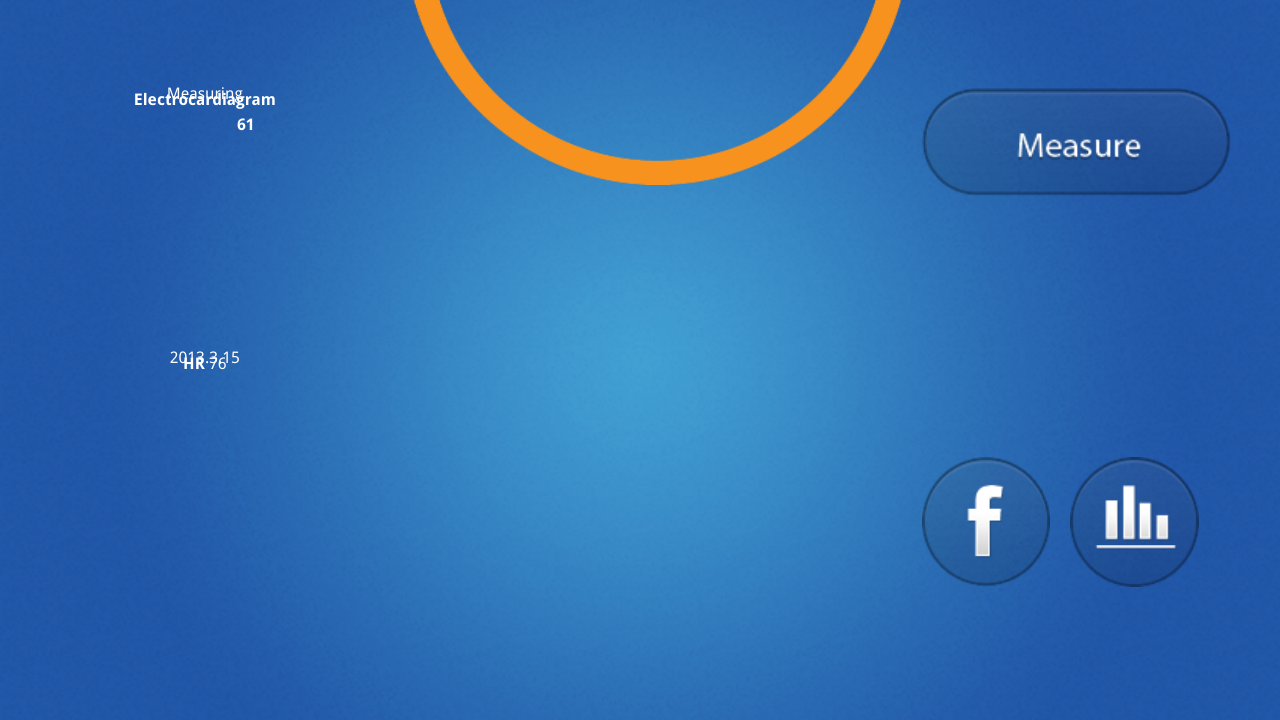
Repository: chouwill79131/IEcontest
Page: BluetoothChat/assets/complete.html
The author's editor kept a copy of each file at every save. The page is drawn from the files as they stood at one save, then again after the next save.
The browser window is 1280 px wide. The pictures show the whole page.

Above is the page before, as saved 2013-03-08 18:02:16.
Console error: TypeError: Cannot set properties of null (setting 'innerHTML')

### BluetoothChat/assets/complete.html
<html>
  <head>
    <meta http-equiv="Content-Type" content="text/html; charset=utf-8"/>
    <link href="complete.css" rel="stylesheet"/>
    <script src="jquery.js"></script>
    <script src="highcharts.js"></script>
    <script src="delay.js"></script>
    <script src="main.js"></script>
  </head>
  <body>
    <div id="main" >
    	<div class="left">
			<div class="text">
				<div class="word">Electrocardiagram</div><br />
				<div class="subword">Measuring</div><br />

				<div class="hr">HR <span id="hr">76</span></div><br />
				<div class="date">2013.3.15</div>
			</div>

		</div>

		<div class="mid">
			<div class="score">61</div>
			<img class="circle" src="button/circle.png" />
		</div>

		<div class="right">
			<button class="measure"><img src="button/Measure.png" /></button><br />
			<button class="share" ><img src="button/Share.png" /></button>
			<button class="record"><img src="button/Record.png" /></button>
		</div>




	</div>
  </body>
</html>

### BluetoothChat/assets/complete.css
@font-face {
    font-family: droidsans;
    src: url(fonts/droidsans.ttf);
}

@font-face {
    font-family: DroidSans-Bold;
    src: url(fonts/DroidSans-Bold.ttf);
}

body { margin:0; padding:0;}
#main { width: auto; height: 100%; background-image: url(button/background.png); background-size: 100% 100%; }
.left, .mid, .right {float: left; height: 100%; }


.left {  width: 28%; padding-left:2%;}
.text, .hr , .date{ text-align: center; color:white;}
.word { margin-top: 25%;  font-family: DroidSans-Bold ; }
.subword, .date { margin-top:-12%; font-family: droidsans ;}
.hr {  margin-top: 65%;  font-family: DroidSans-Bold ;}
.date { font-family: droidsans ;}
#hr { font-family: droidsans ;}

.mid { width: 41%; }
.circle { width: auto; height:70%; margin-left: 4%; }
.circle { margin-top: -86.5%; z-index: 2; }
.score { color:white ; margin-top: 22%; z-index: 1;  margin-left:-28% ; font-family: DroidSans-Bold ;}


.right { width: 29%; }
.right button { float: left; border: none; background: transparent; }
.measure img {margin-top: 10%; width: auto;  height:15%; }
.share img, .record img { width: auto;  height:18%; }
.measure { margin-left: 2%; margin-top: 15%; }
.share, .record { background: red;margin-top: 70%; margin-left: 2%; }


<!--
border? font? .record_top
-->

### BluetoothChat/assets/delay.js

$(function(){
setTimeout(function(){
$.getScript("dy_chart.js");
},200)
})

### BluetoothChat/assets/main.js
var chart;
var step = 0.01;	//step0.008每秒125點	//0.005極限
var xstart = step;
var hr = "--";
var score = "--";
var index;
$(document).ready(function ready() {

    var s = "";
    var theDate = new Date();
    s += theDate.getYear()+1900 + ".";                //  年
    s += (theDate.getMonth() + 1) + ".";				// 月
    s += theDate.getDate(); 							// 日
    document.getElementById("date").innerHTML = s;
    index = document.getElementById("main").innerHTML; //保留首頁

    $(".measure").live("click", function() {
      measure();
    }); //click .measure


}); //(document).ready

function shared(){
	view1 = document.getElementById("rhythm").innerHTML;
	document.getElementById("rhythm").innerHTML = view1+'<img class="stop" src="button/complete.png" style="width:100%; margin-top: -50% ;z-index:5;position: relative;" />';
	$("#main").live("click", function() {
      document.getElementById("rhythm").innerHTML = view1;
    });
}

function complete(hr1,score1){
  hr = hr1;
  score = score1;
  view = document.getElementById("dy_chart").innerHTML;
  document.getElementById("dy_chart").innerHTML = view+'<img class="stop" src="button/Completed.png" style="width:50%; margin: -20% 0% 0% 25%; z-index:2;position: relative;" />';
  $(".stop").html('<img src="button/Continue.png" />');
}

function addSomething(a) {
  for (var i in a){
    chart.series[0].addPoint([xstart,a[i]],false,true);
    xstart += step;
  }
  chart.redraw();
}

function history(history){
	view2 = document.getElementById("main").innerHTML;
    $("#main").html(
    '<div class="main1">'+
	'<div class="contain">'+
	'<div id="dy_chart" style="z-index:1;position: relative;"></div>'+
	'</div>'+
	'<div id="foot">'+
	'<button class="stop">'+
	'<img src="button/Back.png" />'+
	'</button>'+
	'</div>'+
    '</div>'
    );

    Highcharts.setOptions({
      global: {
	useUTC: true
      }
    });

    hischart = new Highcharts.Chart({
      chart: {
		renderTo: 'dy_chart',
		backgroundColor: 'transparent',
		type: 'line',
      },
      title: {
		style:{ color: '#FFFFFF'},
		text: 'Measure history',
      },
      credits: {			// highchart.com
		enabled:false
      },
      legend: {  			// 線的標示
        enabled: false
      },
      xAxis: {
      	type: 'datetime',
		dateTimeLabelFormats: { // don't display the dummy year
	  		month: '%e. %b',
	  		year: '%b'
		},
		lineColor: '#FFFFFF',
		labels: {
	  		style: {
				color: '#FFFFFF',
			}
		}
	  },
	  yAxis: {
	    title: {text: 'Feeling',
	    			style: {
						color: '#FFFFFF',
					}
				},
	  	gridLineColor: '#FFFFFF',
	  	labels: {
	  		style: {
				color: '#FFFFFF',
			}
		}
	  },
	  plotOptions: {
                line: {
                    dataLabels: {
                        enabled: true,
                        color: '#FFFFFF',
                    },
                    enableMouseTracking: true,
                }
      },
	series: [{
	  name: 'measure history',
	  color: '#FFFFFF',
	  data: history
	}],
    });

    $(".stop").live("click", function(){
 //     hr = "--";
      $(".main1").html(view2);
 //     document.getElementById("hr").innerHTML = hr;
    });
};// .record click

function measure(){
	xstart = 0.01;
	$("#main").html('<div class="main1">'+
		'<div class="contain">'+
		'<div id="dy_chart" style="z-index:1;position: relative;"></div>'+
		'</div>'+
		'<div id="foot">'+
		'<button class="stop" onclick="window.MyHandler.disconnect()">'+
		'<img src="button/Stop.png" />'+
		'</button>'+
		'</div>'+
      	'</div>');
    Highcharts.setOptions({
      global: {useUTC: true }
    });
    chart = new Highcharts.Chart({
      chart: {
		renderTo: 'dy_chart',
		backgroundColor: 'transparent',
		type: 'spline',
		marginRight: 10,
      },
      credits: {enabled:false},
      title: {
		style:{ color: '#FFFFFF'},
		text: 'Electrondiagram',
      },
      xAxis: {
		type: 'x Axis',
		style:{ color: '#FFFFFF'},
		tickPixelInterval: 100,
		lineColor: '#FFFFFF',
		labels: {style: {color: '#FFFFFF'}},
      },
      yAxis: {
      	title: {
      		text: 'Score',
      		style: {color: '#FFFFFF'}},
	  		gridLineColor: '#FFFFFF',
	  		labels: {style: {color: '#FFFFFF'}},
			//max:1500,
			//min:0,
			title: {
	  			style:{ color: '#FFFFFF'},
	  			text: 'PPG'
	  		},
			plotLines: [{value: 0,width: 1}]
      	},
      	legend: {enabled: false},
      	exporting: {enabled: false},
      	plotOptions: {
			spline: {
	  			lineWidth: 1,
	  			states: {
	    			hover: {
	      				enabled: false,
	      				lineWidth: 2
	    			}
	  			},
	  		marker: {
	    		enabled: false,
	    		states: {
	      			hover: {
						enabled: false,
	      			}
	    		}
	  		},
		}
      }, // yAxis
      series: [{
		name: 'Data',
		color: '#FFFFFF',
		data: (function() {
	  		var data = [];
	  		var step = 0.01;	//step0.008每秒125點	//0.005極限
			var xstart = step;
	  		for (var i = -4; i <= xstart; i+=step){data.push({x: i,y: 0 });}
	  		return data;
		})()
		}]
    }); //Highcharts

    hr = '--';
    score = '--';
    $(".stop").live("click",function() {
      $(".main1").html(index);
      document.getElementById("hr").innerHTML = hr;
      document.getElementById("rhythm").innerHTML = '<div id="score">'+score+'</div><img class="circle" src="button/circle.png" />';
    }); //click .stop
}

### BluetoothChat/assets/dy_chart.js
var chart;
var step = 0.01;	//step0.008每秒125點	//0.005極限
var xstart = step;
//a = Math.random();
var hr = 15;
var score = 80;
function complete(hr1,score1){
	hr = hr1;
	score = score1;
	view = document.getElementById("dy_chart").innerHTML;
	document.getElementById("dy_chart").innerHTML = view+'<img class="stop" src="button/60.png" style="width:50%; margin: -20% 0% 0% 25%; z-index:2;position: relative;" /><br />'+hr+',<br />'+score;
}

function addSomething(a) {
//	setInterval(function() {        			 // for testing feq
	for (var i in a){
		chart.series[0].addPoint([xstart,a[i]],false,true);
		xstart += step;
	}

	/**
	chart.series[0].addPoint([xstart,a],false,true);
	xstart += step;
	**/

	chart.redraw();
//	}, 1000);									// for testing feq
}



$(function () {
	$(".stop").click(function() {
	$(".main1").html('  <div id="main" >'+
    	'<div class="left">'+
			'<div class="text">'+
				'<div class="word">Electrocardiagram</div><br />'+
				'<div class="subword">Measuring</div><br />'+
				'<div class="hr">HR <span id="hr"></span></div>'+
				'<div id="date"></div>'+
			'</div>'+
		'</div>'+
		'<div class="mid" id="mid">'+
			'<div class="score">84</div>'+
			'<img class="circle" src="button/circle.png" />'+
		'</div>'+
		'<div class="right">'+
			'<button class="measure"><img src="button/Measure.png" /></button><br />'+
			'<button class="share" ><img src="button/Share.png" /></button>'+
			'<button class="record"><img src="button/Record.png" /></button>'+
		'</div>'+
	'</div>');
 // 		window.location.href = "complete.html";
	});
    $(document).ready(function() {
        Highcharts.setOptions({
            global: {
                useUTC: false
            }
        });

        chart = new Highcharts.Chart({
            chart: {
                renderTo: 'dy_chart',
                backgroundColor: 'transparent',
                type: 'spline',
                marginRight: 10,
            },
            credits: {
            enabled:false
            }
            ,
            title: {
            	style:{ color: '#FFFFFF'},
                text: 'Electrondiagram',
            },
            xAxis: {
                type: 'x Axis',
                style:{ color: '#FFFFFF'},
                tickPixelInterval: 150
            },
            yAxis: {
            	max:1500,
            	min:0,
                title: {
                	style:{ color: '#FFFFFF'},
                    text: 'Value'
                },
                plotLines: [{
                    value: 0,
                    width: 1,
                }]
            },

            legend: {
                enabled: false
            },
            exporting: {
                enabled: false
            },
	    plotOptions: {
                spline: {
                   lineWidth: 1,
                   states: {
                       hover: {
                       	enabled: false,
                        lineWidth: 2
                       }
                   },
                   marker: {
                      enabled: false,
                      states: {
                          hover: {
                             enabled: false,
                          }
                      }
                  },
               }
            },
            series: [{
                name: 'Data',
                color: '#FFFFFF',
                data: (function() {
                    // generate an array of random data
                    var data = [],
                        time = (new Date()).getTime(),i;

                    for (i = -4; i <= xstart; i+=step) {
                        data.push({
                            x: i,
                            y: 0
                        });
                    }
                    return data;
                })()
            }]
        });
    });
});

Loaded but not shown: BluetoothChat/assets/jquery.js (library); BluetoothChat/assets/highcharts.js (library)

After the next save:
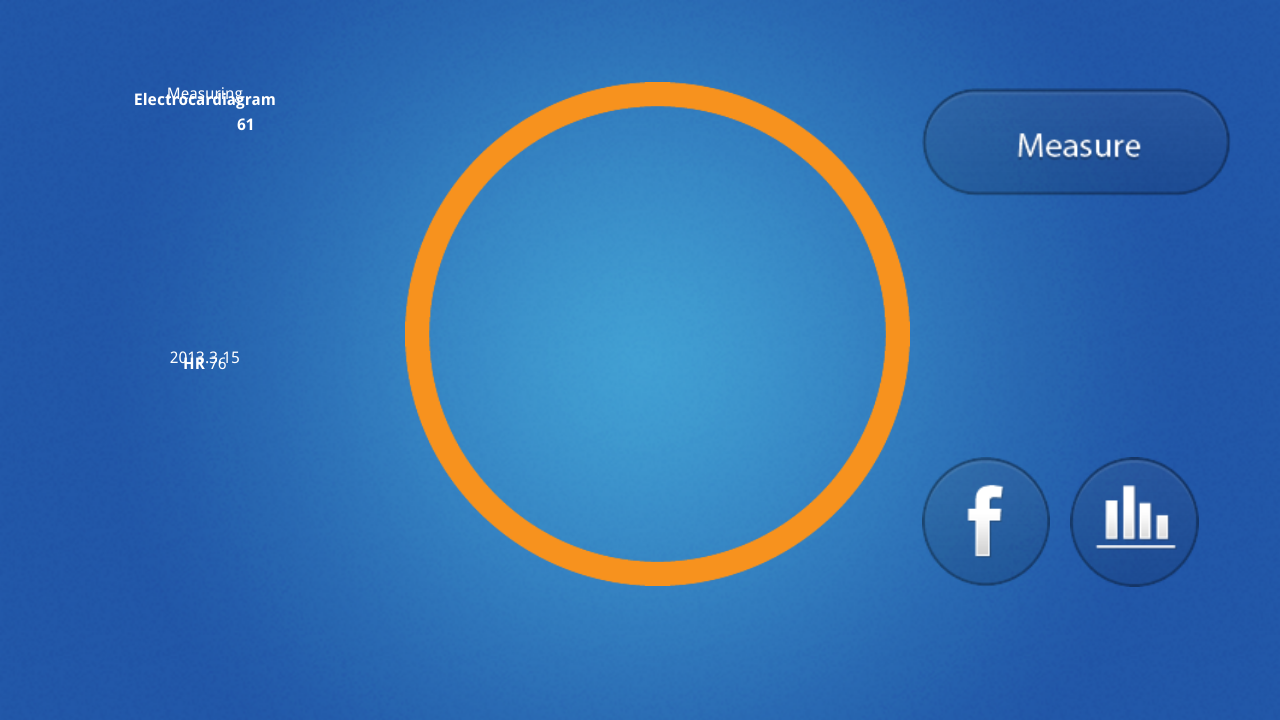
Saved 64 s later.
--- a/BluetoothChat/assets/complete.css
+++ b/BluetoothChat/assets/complete.css
@@ -23,9 +23,8 @@ body { margin:0; padding:0;}
 
 .mid { width: 41%; }
 .circle { width: auto; height:70%; margin-left: 4%; }
-.circle { margin-top: -86.5%; z-index: 2; }
-.score { color:white ; margin-top: 22%; z-index: 1;  margin-left:-28% ; font-family: DroidSans-Bold ;}
-
+.score { color:white;margin-top: 22%; z-index: 1;  margin-left:-28% ; font-family: DroidSans-Bold ;}
+.circle { margin-top: -10%; z-index: 2; }
 
 .right { width: 29%; }
 .right button { float: left; border: none; background: transparent; }
